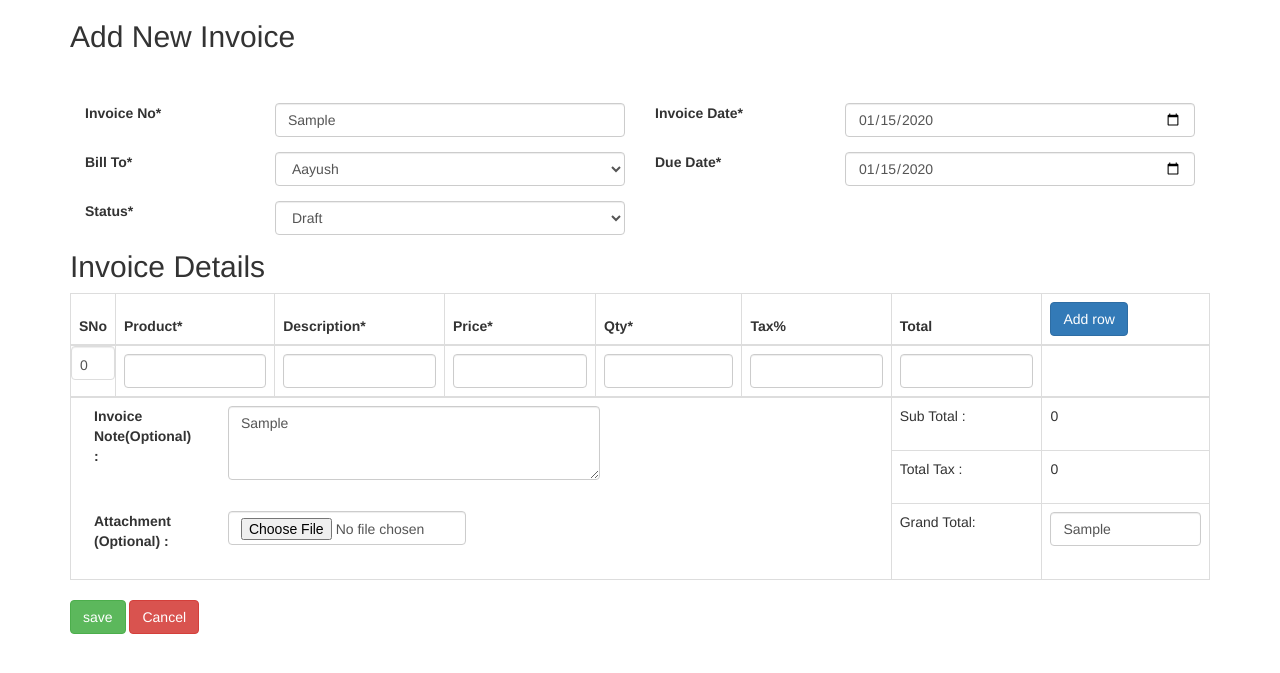
Repository: Aayush13013/Invoice_Management_app
Page: http://localhost/invoiceInfo/WEB-INF/jsp/new_invoiceInfo.jsp
These files come from the project's save history. The page is drawn as it stood at one moment and after the next save; the edit follows.
The browser window is 1280 px wide. The pictures show the whole page.
Empty fields were first filled with sample values (such as "Sample", 5 or name@example.com).
After loading, the first visible `input.btn` was clicked once.
The page is served by Tomcat 9. Nobody is signed in. The template is opened directly, without the code that normally fills it, so the values that code supplies are empty.

Above is the page before, as saved 2021-12-28 06:17:48.

After the next save:
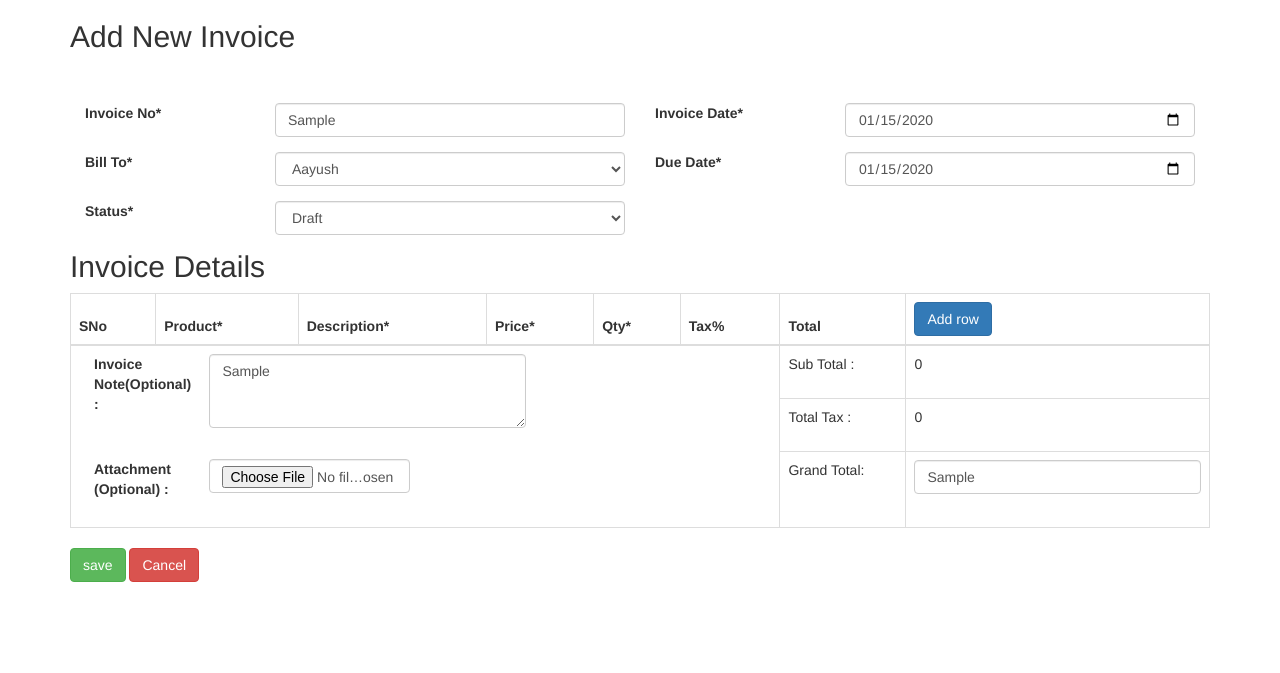
Console error (its wording comes from the project's code and is left out).
Saved 20 s later.
--- a/invoiceInfo/invoiceInfo/src/main/webapp/WEB-INF/jsp/new_invoiceInfo.jsp
+++ b/invoiceInfo/invoiceInfo/src/main/webapp/WEB-INF/jsp/new_invoiceInfo.jsp
@@ -22,7 +22,7 @@
 	<script>
 	 function addRows() {
          var table = document.getElementById("myTable");
-         var counts = (table.rows.length) ;
+         var counts = (table.rows.length) +1;
 
          var row = table.insertRow(counts).outerHTML = "<tr id='row" + counts + "'> " +
 

After the save that followed:
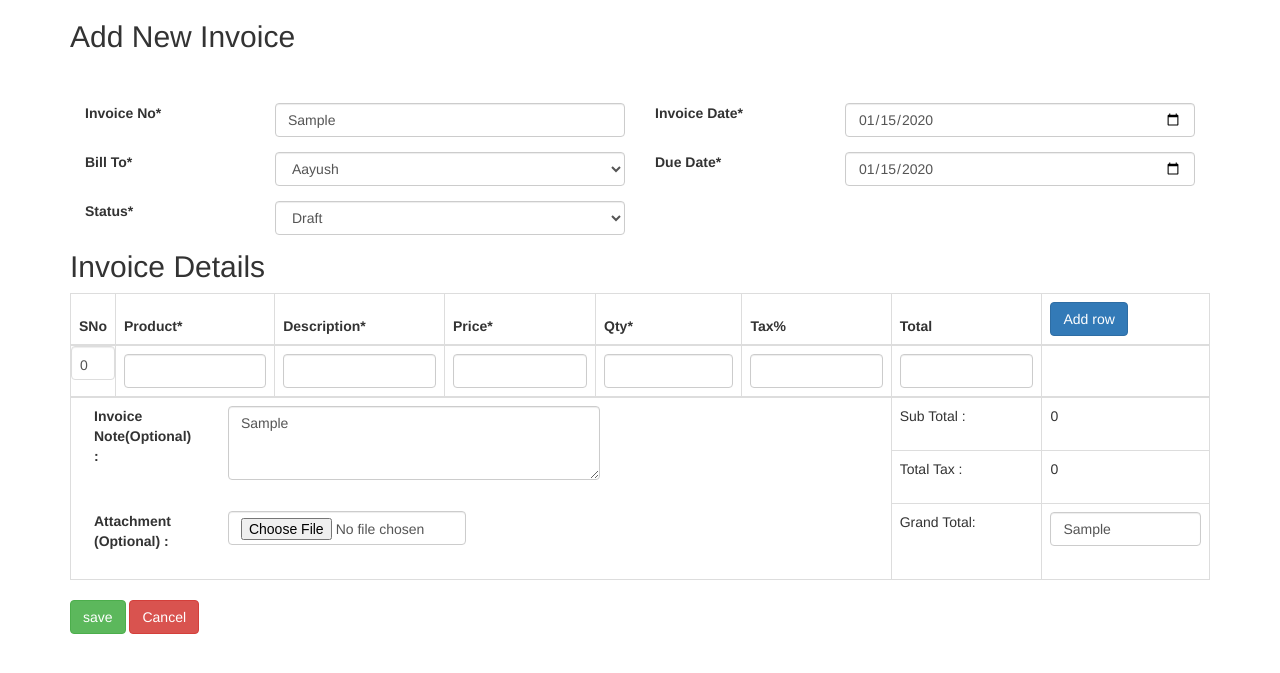
The error is gone.
Saved 17 s later.
--- a/invoiceInfo/invoiceInfo/src/main/webapp/WEB-INF/jsp/new_invoiceInfo.jsp
+++ b/invoiceInfo/invoiceInfo/src/main/webapp/WEB-INF/jsp/new_invoiceInfo.jsp
@@ -22,7 +22,7 @@
 	<script>
 	 function addRows() {
          var table = document.getElementById("myTable");
-         var counts = (table.rows.length) +1;
+         var counts = (table.rows.length) ;
 
          var row = table.insertRow(counts).outerHTML = "<tr id='row" + counts + "'> " +
 
